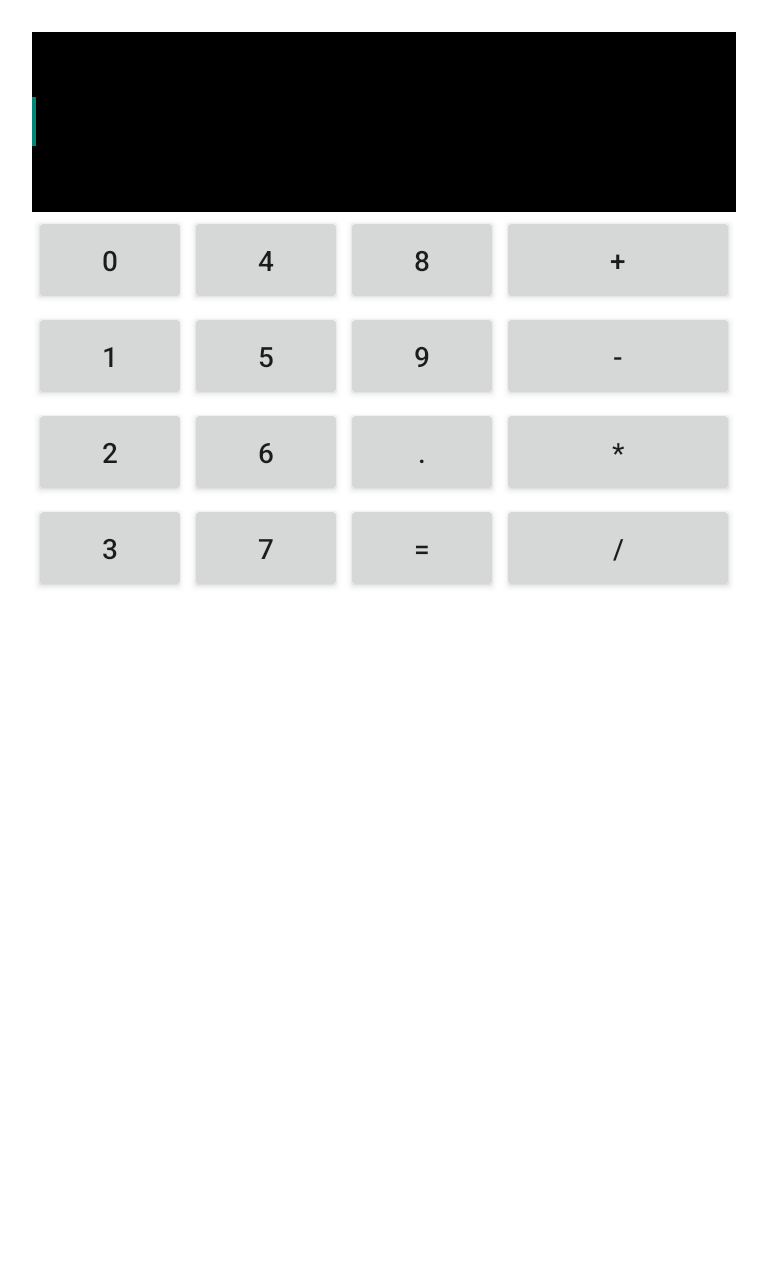
Repository: roopasree/new-pgm
Layout: Newapp/res/layout/ctivity3_main.xml
The author's editor kept a copy of each file at every save. The layout is drawn from the files as they stood at one save, then again after the next save.
It is drawn on a 768 x 1280 px phone screen (xhdpi) without system bars, with theme AppTheme; the app's code is not run.

Above is the layout before, as saved 2015-02-16 06:49:38.

After the next save:
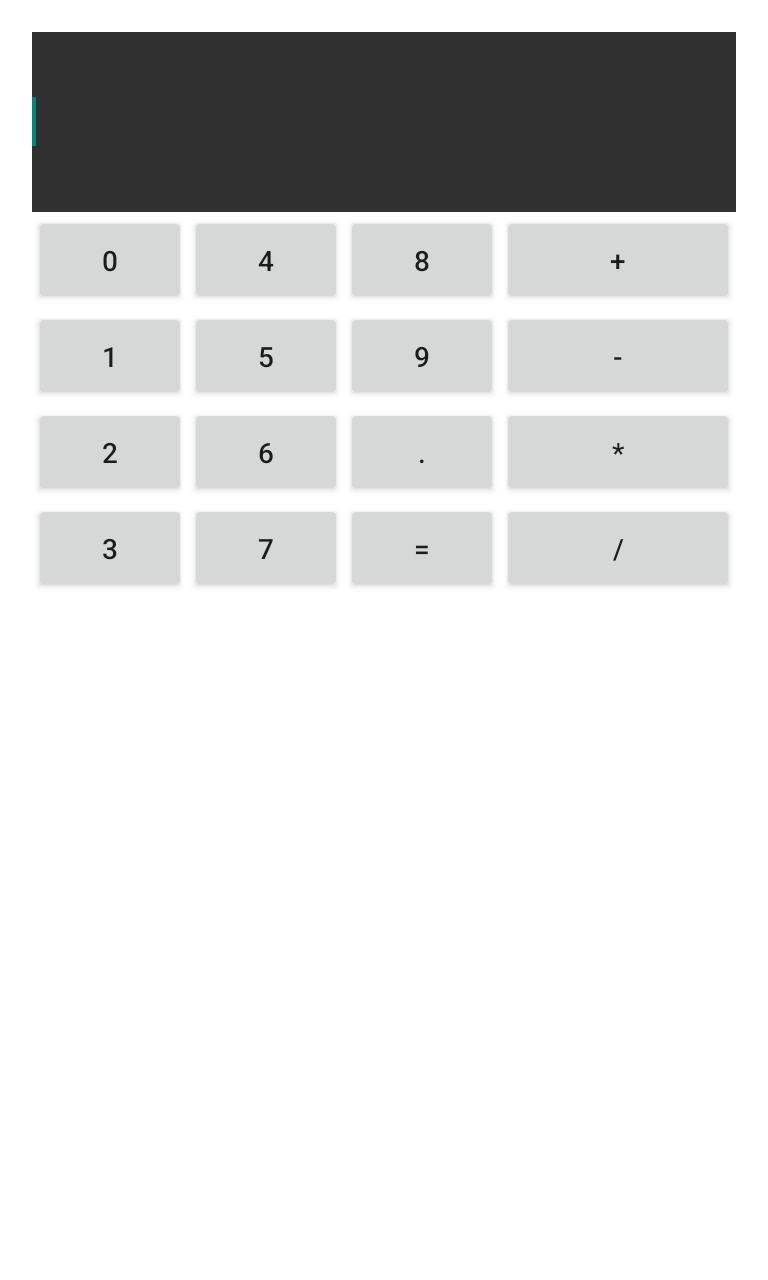
Saved 2 min 49 s later.
--- a/Newapp/res/layout/ctivity3_main.xml
+++ b/Newapp/res/layout/ctivity3_main.xml
@@ -13,7 +13,7 @@
         android:id="@+id/editText1"
         android:layout_width="match_parent"
         android:layout_height="90dp"
-        android:background="#000000"
+        android:background="#303030"
         android:ems="10" >
 
         <requestFocus />
